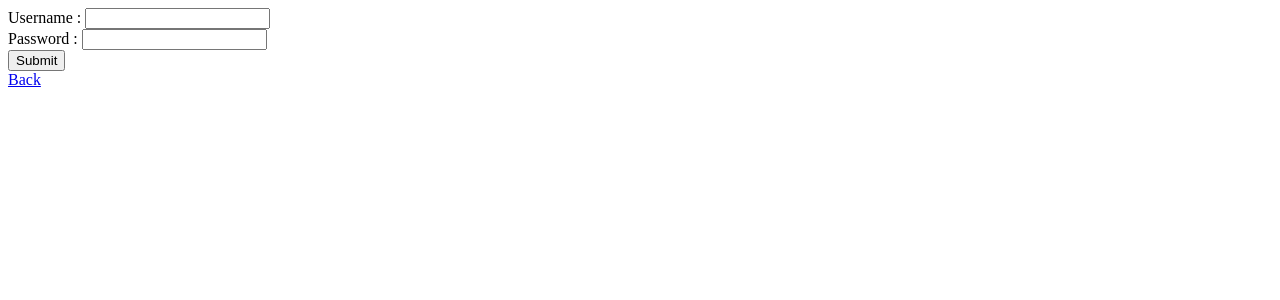
Repository: Pranathi99/FlyAway
Page: http://localhost/FlyAway/changePassword.jsp
An editor plug-in stored every save of this project. The page is shown before and after the next save, followed by the edit.
The browser window is 1280 px wide. The pictures show the whole page.
The page is served by Tomcat 9. Other server files are loaded and not shown.

Above is the page before, as saved 2023-03-26 11:10:19.

### FlyAway/src/main/webapp/changePassword.jsp
<%@ page language="java" contentType="text/html; charset=ISO-8859-1"
    pageEncoding="ISO-8859-1"%>
<!DOCTYPE html>
<html>
<head>
<meta charset="ISO-8859-1">
<title>FlyAway</title>
</head>
<body>
	<%
		String username=request.getParameter("username");
		String password=request.getParameter("password");
		if(username!=null && password!=null)
		{
			out.println("Password changed successfully!");
		}
	%>
	<form method="post">
	Username : <input type="text" name="username"/><br/>
	Password : <input type="password" name="password"/><br/>
	<input type="submit" value="Submit"/>
	</form>
	<a href="adminHome.html">Back</a>

</body>
</html>

After the next save:
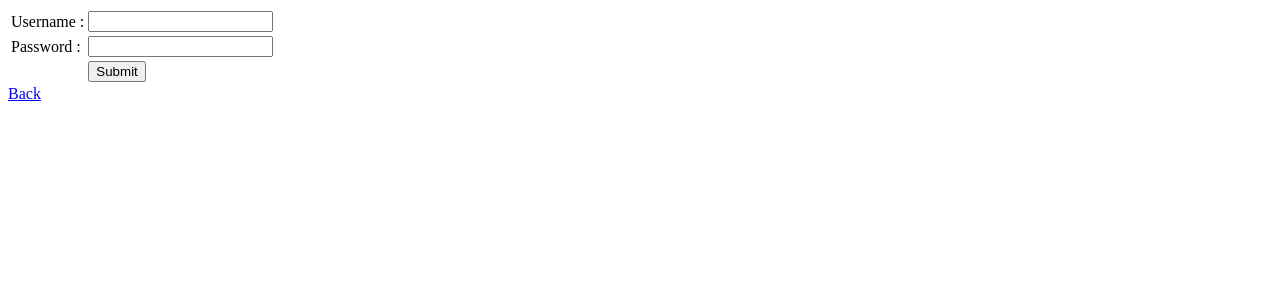
Saved 2 min 16 s later.
--- a/FlyAway/src/main/webapp/changePassword.jsp
+++ b/FlyAway/src/main/webapp/changePassword.jsp
@@ -16,9 +16,20 @@
 		}
 	%>
 	<form method="post">
-	Username : <input type="text" name="username"/><br/>
-	Password : <input type="password" name="password"/><br/>
-	<input type="submit" value="Submit"/>
+		<table>
+			<tr>
+				<td>Username : </td>
+				<td><input type="text" name="username"/></td>
+			</tr>
+			<tr>
+				<td>Password : </td>
+				<td><input type="password" name="password"/></td>
+			</tr>
+			<tr>
+				<td></td>
+				<td><input type="submit" value="Submit"/></td>
+			</tr>
+	</table>
 	</form>
 	<a href="adminHome.html">Back</a>
 
